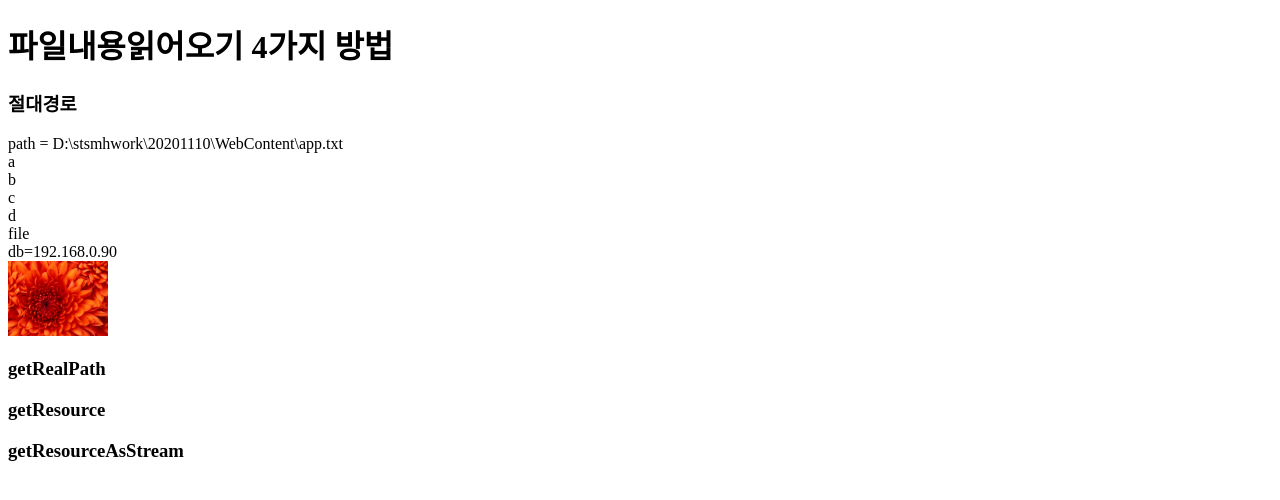
Repository: parkmyounghoi/20201113
Page: http://localhost/20201110/readapp.jsp
The author's editor kept a copy of each file at every save. The page is drawn from the files as they stood at one save, then again after the next save.
The browser window is 1280 px wide. The pictures show the whole page.
The page is served by Tomcat 9.

Above is the page before, as saved 2020-11-10 01:54:41.

After the next save:
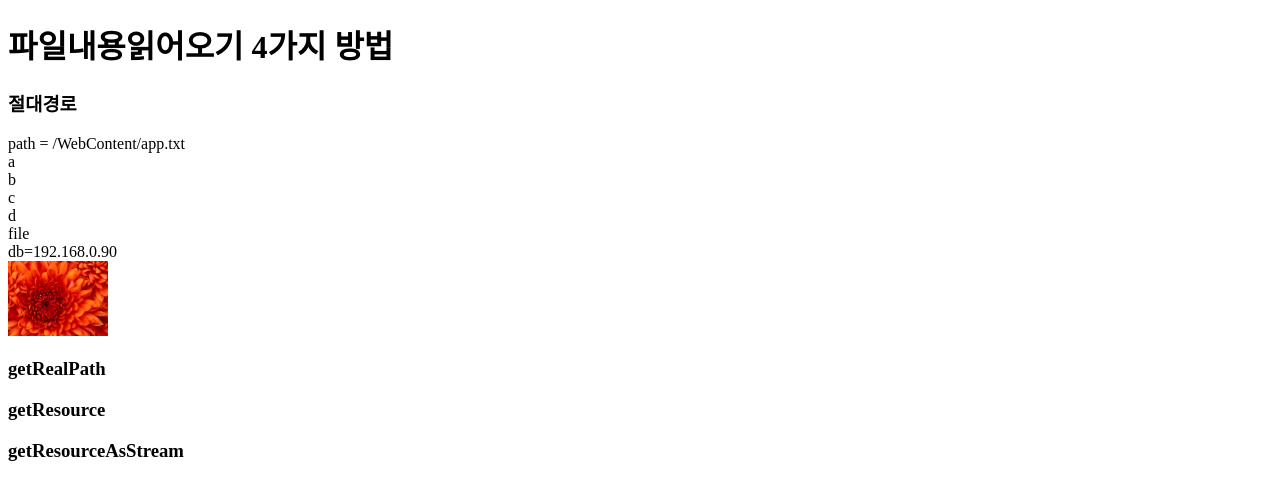
Saved 6 s later.
--- a/20201110/WebContent/readapp.jsp
+++ b/20201110/WebContent/readapp.jsp
@@ -14,8 +14,10 @@
 <h3>절대경로</h3>
 <%
 	String path = "D:\\stsmhwork\\20201110\\WebContent\\app.txt";
+
+	path = application.getRealPath("app.txt");
+
 	out.println("path = "+ path+"<br/>");
-	path = application.getRealPath("app.txt");
 	BufferedReader br1 = new BufferedReader(new FileReader(path));
 
 	try{
